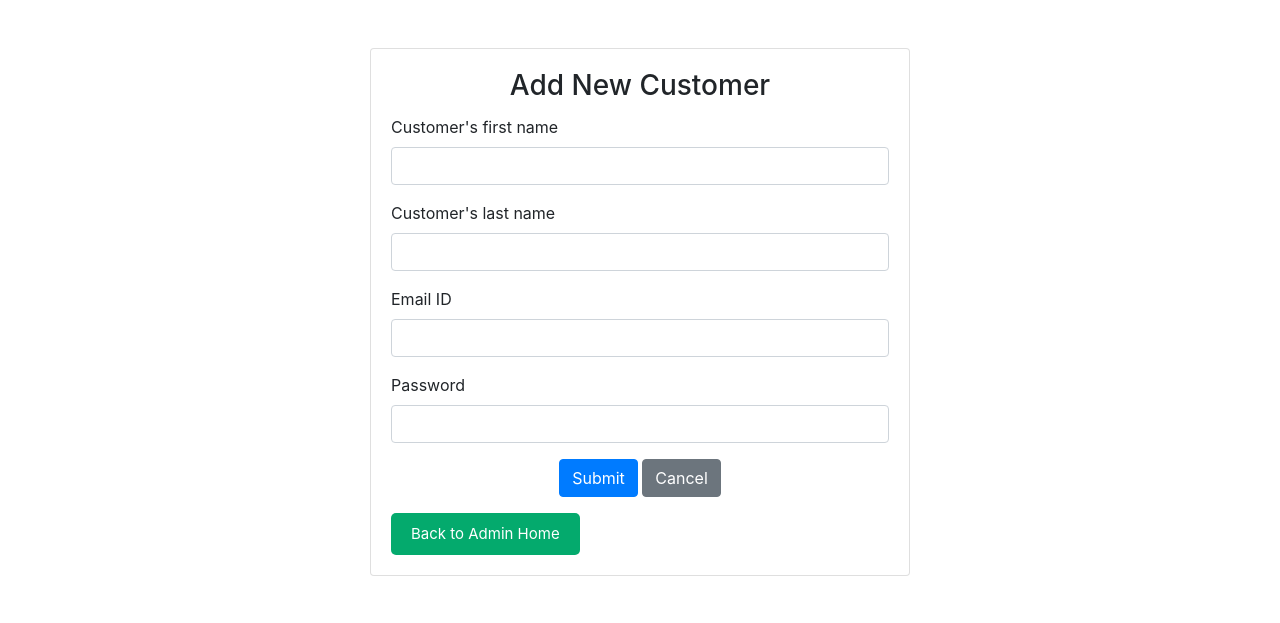
Repository: SuyashAwasthy/Javaee
Page: http://localhost/13-bank-application-mvc/addCustomer.jsp
An editor plug-in stored every save of this project. The page is shown before and after the next save, followed by the edit.
The browser window is 1280 px wide. The pictures show the whole page.
Some web libraries are served in a nearby version. The page is served by Tomcat 9. Other server files are loaded and not shown.

Above is the page before, as saved 2024-07-22 09:01:20.

### 13-bank-application-mvc/WebContent/addCustomer.jsp
<%@ page language="java" contentType="text/html; charset=UTF-8"
	pageEncoding="UTF-8"%>
<!DOCTYPE html>
<html lang="en">
<head>
<meta charset="UTF-8">
<meta name="viewport" content="width=device-width, initial-scale=1.0">
<title>Add New Customer</title>
<link rel="stylesheet" href="css/styles.css">
<link rel="stylesheet"
	href="https://maxcdn.bootstrapcdn.com/bootstrap/4.0.0/css/bootstrap.min.css">
</head>
<body>
	<div class="container">
		<div class="row justify-content-center">
			<div class="col-md-6">
				<div class="card mt-5">
					<div class="card-body">
						<h3 class="card-title text-center">Add New Customer</h3>
						<form action="admin" method="get">
							<input type="hidden" name="command" value="add_customer">
							<div class="form-group">
								<label for="firstName">Customer's first name</label> <input
									type="text" class="form-control" id="firstName"
									name="firstName" required>
							</div>
							<div class="form-group">
								<label for="lastName">Customer's last name</label> <input
									type="text" class="form-control" id="lastName" name="lastName"
									required>
							</div>
							<div class="form-group">
								<label for="email">Email ID</label> <input type="email"
									class="form-control" id="email" name="email" required>
							</div>
							<div class="form-group">
								<label for="password">Password</label> <input type="password"
									class="form-control" id="password" name="password" required>
							</div>
							<div class="form-group text-center">
								<button type="submit" class="btn btn-primary" >Submit</button>
								<button type="reset" class="btn btn-secondary">Cancel</button>
							</div>


							<a href="adminHome.jsp" class="button">Back to Admin
								Home</a>

						</form>
					</div>
				</div>
			</div>
		</div>
	</div>
	<script src="https://code.jquery.com/jquery-3.2.1.slim.min.js"></script>
	<script
		src="https://cdnjs.cloudflare.com/ajax/libs/popper.js/1.11.0/umd/popper.min.js"></script>
	<script
		src="https://maxcdn.bootstrapcdn.com/bootstrap/4.0.0/js/bootstrap.min.js"></script>
</body>
</html>

### 13-bank-application-mvc/WebContent/css/styles.css
.button {
  background-color: #04AA6D;
  border: none;
  color: white;
  padding: 10px 20px;
  text-align: center;
  text-decoration: none;
  display: inline-block;
  font-size: 15px;
  border-radius: 5px;
}

After the next save:
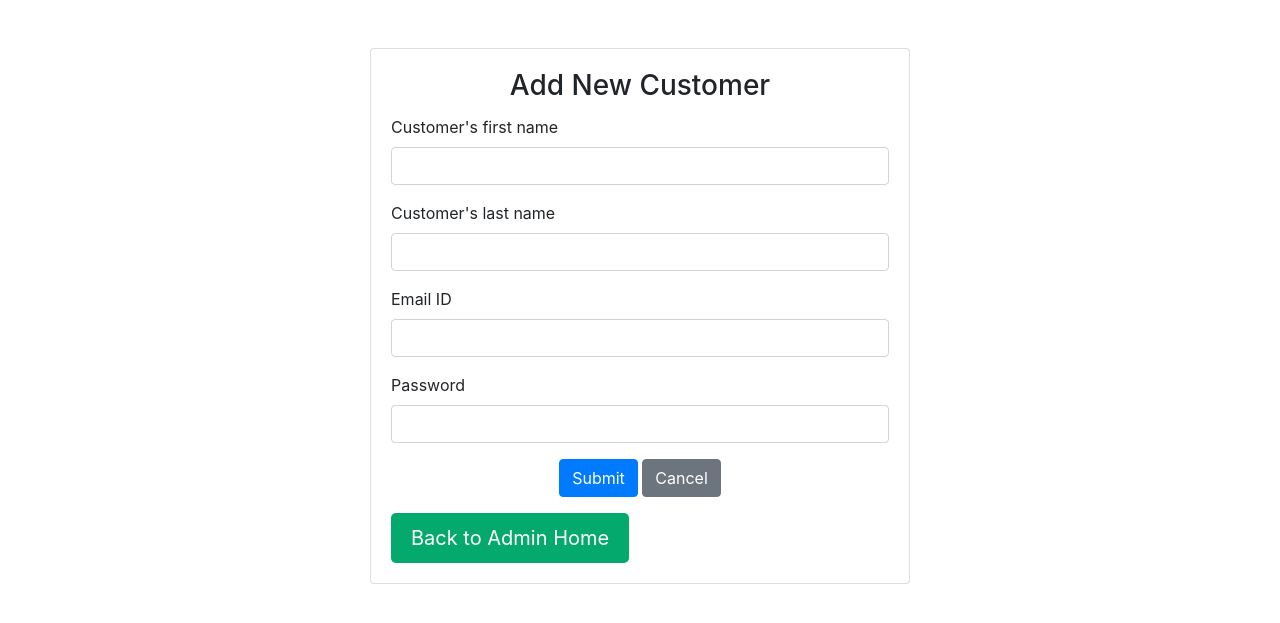
Saved 5 s later.
--- a/13-bank-application-mvc/WebContent/css/styles.css
+++ b/13-bank-application-mvc/WebContent/css/styles.css
@@ -6,6 +6,6 @@
   text-align: center;
   text-decoration: none;
   display: inline-block;
-  font-size: 15px;
+  font-size: 20px;
   border-radius: 5px;
 }

After the save that followed:
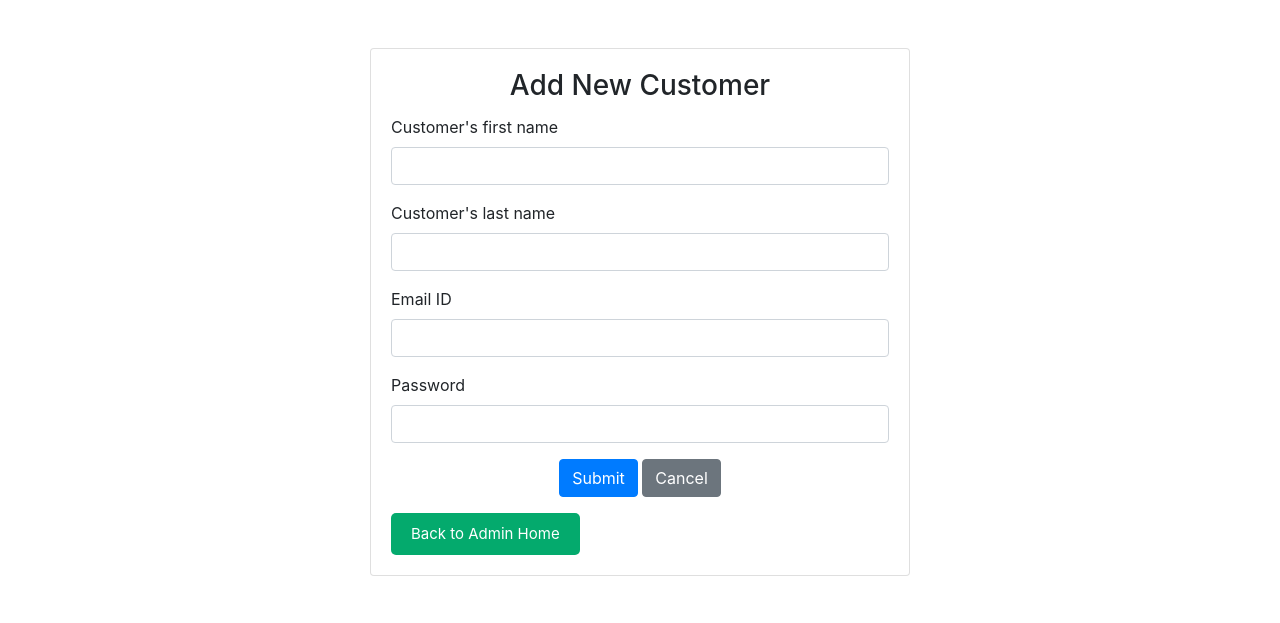
Saved 5 s later.
--- a/13-bank-application-mvc/WebContent/css/styles.css
+++ b/13-bank-application-mvc/WebContent/css/styles.css
@@ -6,6 +6,6 @@
   text-align: center;
   text-decoration: none;
   display: inline-block;
-  font-size: 20px;
+  font-size: 15px;
   border-radius: 5px;
 }
